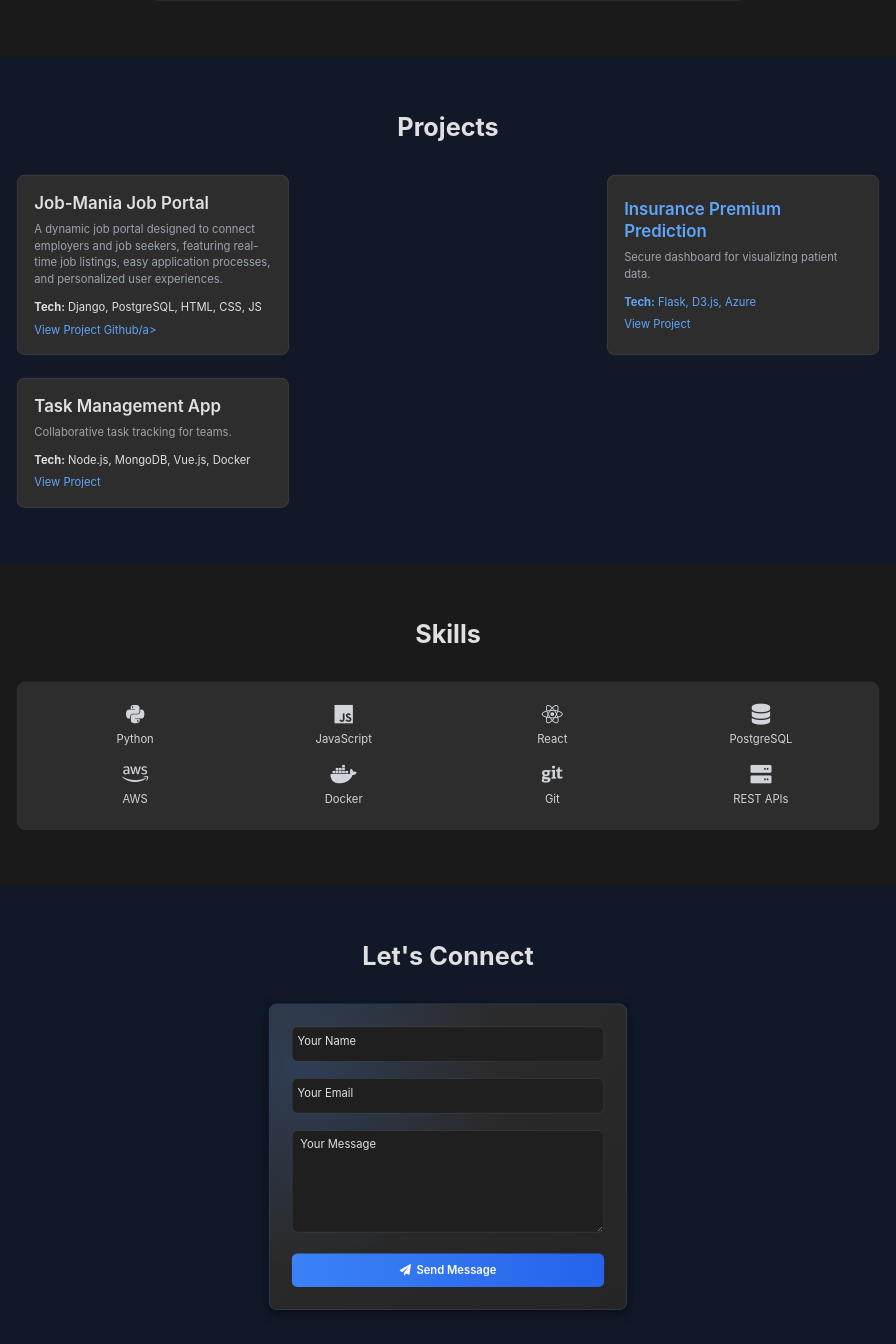
Repository: Sugaam0/Portfolio
Page: portfolio/home/templates/home/index.html
The author's editor kept a copy of each file at every save. The page is drawn from the files as they stood at one save, then again after the next save.
The browser window is 1280 px wide. The pictures show the part of the page from y = 1001 to 2921 px (the page is 3068 px tall before and 2882 px after), at 70% of full size.
The template is drawn by Django 5.2. The application's start-up code is not run. Other server files are loaded and not shown. The template is opened directly, without the code that normally fills it, so the values that code supplies are empty.

Above is the page before, as saved 2025-05-08 17:44:32.

### portfolio/home/templates/home/index.html
{% load static %}
<!DOCTYPE html>
<html lang="en">
<head>
  <meta charset="UTF-8" />
  <meta name="viewport" content="width=device-width, initial-scale=1.0"/>
  <title>| Sugam Acharya |</title>
  <link href="https://cdn.jsdelivr.net/npm/tailwindcss@2.2.19/dist/tailwind.min.css" rel="stylesheet"/>
  <link rel="stylesheet" href="https://cdnjs.cloudflare.com/ajax/libs/font-awesome/6.0.0-beta3/css/all.min.css"/>
  <link rel="stylesheet" href="{% static 'css/style.css' %}">
</head>
<body class="antialiased scroll-smooth">

{% include 	"home/navbar.html" %}
<!-- Hero Section -->
<section id="home" class="min-h-screen flex items-center justify-center pt-20">
  <div class="container mx-auto px-6 text-center">
    <h1 class="text-5xl font-bold mb-4">Aspiring Full-Stack Developer</h1>
    <p class="text-lg text-accent mb-4">
      <span id="typed-text" class="font-semibold">Building the web one line at a time.</span>
    </p>
    <p class="text-xl text-secondary mb-6">
      Eager to build innovative digital experiences and grow through hands-on projects and collaboration.
    </p>
    <p class="text-md text-secondary mb-8">
      Recently completed training in modern web technologies including Python, JavaScript, and Java.
    </p>
    <a href="#projects" class="btn-accent px-6 py-3 rounded-lg font-semibold">Explore My Work</a>
  </div>
</section>

<!-- About Section -->
<section id="about" class="py-20">
  <div class="container mx-auto px-6 max-w-4xl">
    <h2 class="text-4xl font-bold text-center mb-10">About Me</h2>
    <div class="section-bg p-8">
      <p class="text-lg leading-relaxed text-gray-300">
        Passionate coder focused on building efficient web solutions. Skilled in Python and Machine Learning, I'm eager to turn creative ideas into functional applications.
      </p>
    </div>
  </div>
</section>

<!-- Projects -->
<section id="projects" class="py-20 bg-gray-900">
  <div class="container mx-auto px-6">
    <h2 class="text-4xl font-bold text-center mb-12">Projects</h2>
    <div class="grid grid-cols-1 md:grid-cols-2 lg:grid-cols-3 gap-8">
      <!-- Project Cards -->
      <div class="project-card section-bg p-6">
        <h3 class="text-2xl font-semibold mb-2">Job-Mania Job Portal</h3>
        <p class="text-gray-400 mb-4">A dynamic job portal designed to connect employers and job seekers, featuring real-time job listings, easy application processes, and personalized user experiences.</p>
        <p><strong>Tech:</strong> Django, PostgreSQL, HTML, CSS, JS</p>
        <a href="#" class="text-blue-400 hover:underline mt-2 inline-block">View Project</a>
        <a href="" class="text-blue-400 hover:underline mt-2 inline-block">Github/a>
      </div>
      <div class="project-card section-bg p-6">
        <h3 class="text-2xl font-semibold mb-2">Insurance Premium Prediction</h3>
        <p class="text-gray-400 mb-4">Secure dashboard for visualizing patient data.</p>
        <p><strong>Tech:</strong> Flask, D3.js, Azure</p>
        <a href="#" class="text-blue-400 hover:underline mt-2 inline-block">View Project</a>
      </div>
      <div class="project-card section-bg p-6">
        <h3 class="text-2xl font-semibold mb-2">Task Management App</h3>
        <p class="text-gray-400 mb-4">Collaborative task tracking for teams.</p>
        <p><strong>Tech:</strong> Node.js, MongoDB, Vue.js, Docker</p>
        <a href="#" class="text-blue-400 hover:underline mt-2 inline-block">View Project</a>
      </div>
    </div>
  </div>
</section>

<!-- Skills -->
<section id="skills" class="py-20">
  <div class="container mx-auto px-6">
    <h2 class="text-4xl font-bold text-center mb-12">Skills</h2>
    <div class="section-bg p-8 grid grid-cols-2 md:grid-cols-4 gap-6 text-center text-gray-300">
      <div><i class="fab fa-python text-3xl mb-2 icon-hover"></i><p>Python</p></div>
      <div><i class="fab fa-js text-3xl mb-2 icon-hover"></i><p>JavaScript</p></div>
      <div><i class="fab fa-react text-3xl mb-2 icon-hover"></i><p>React</p></div>
      <div><i class="fas fa-database text-3xl mb-2 icon-hover"></i><p>PostgreSQL</p></div>
      <div><i class="fab fa-aws text-3xl mb-2 icon-hover"></i><p>AWS</p></div>
      <div><i class="fab fa-docker text-3xl mb-2 icon-hover"></i><p>Docker</p></div>
      <div><i class="fab fa-git text-3xl mb-2 icon-hover"></i><p>Git</p></div>
      <div><i class="fas fa-server text-3xl mb-2 icon-hover"></i><p>REST APIs</p></div>
    </div>
  </div>
</section>

<!-- Contact Section -->
<section id="contact" class="py-20 bg-gray-900">
  <div class="container mx-auto px-6">
    <h2 class="text-4xl font-bold text-center mb-12">Let's Connect</h2>
    <div class="contact-form p-8 max-w-lg mx-auto rounded-xl">
      <form action="{% url 'contact' %}" method="POST">
        {% csrf_token %}
        <div class="mb-6 relative">
          <input type="text" id="name" name="name" class="form-input w-full p-3 rounded-lg peer" placeholder=" " required>
          <label for="name" class="form-label absolute left-2 top-2 text-secondary">Your Name</label>
        </div>
        <div class="mb-6 relative">
          <input type="email" id="email" name="email" class="form-input w-full p-3 rounded-lg peer" placeholder=" " required>
          <label for="email" class="form-label absolute left-2 top-2 text-secondary">Your Email</label>
        </div>
        <div class="mb-6 relative">
          <textarea id="message" name="message" rows="5" class="form-input w-full p-3 rounded-lg peer" placeholder=" " required></textarea>
          <label for="message" class="form-label absolute left-3 top-2 text-secondary">Your Message</label>
        </div>
        <button type="submit" class="btn-accent w-full py-3 rounded-lg font-semibold flex items-center justify-center gap-2">
          <i class="fas fa-paper-plane"></i> Send Message
        </button>
      </form>
    </div>
  </div>
</section>

<!-- Footer -->
{% include "home/footer.html" %}
</body>
</html>

### portfolio/home/templates/home/navbar.html
<!-- Navbar -->
<nav class="navbar fixed top-0 w-full z-50">
    <div class="container mx-auto px-6 py-5 flex justify-between items-center">
      <a href="{% url 'index' %}" class="logo text-white">Sugam Acharya</a>
      <div class="space-x-6 text-sm font-medium">
        <a href="#about" class="nav-link">About</a>
        <a href="#projects" class="nav-link">Projects</a>
        <a href="#skills" class="nav-link">Skills</a>
        <a href="#contact" class="nav-link">Contact</a>
      </div>
    </div>
  </nav>

### portfolio/home/templates/home/footer.html
<footer class="bg-gray-800 py-6">
    <div class="container mx-auto px-6 text-center text-gray-400">
      <p>© 2025 Sugam Acharya. All rights reserved.</p>
      <div class="flex justify-center space-x-6 mt-4">
        <a href="https://github.com/Sugaam0" class="icon-hover" target="_blank"><i class="fab fa-github text-2xl"></i></a>
        <a href="https://www.linkedin.com/in/sugam-acharya-b1059a23b/" class="icon-hover" target="_blank"><i class="fab fa-linkedin text-2xl"></i></a>
        <a href="https://x.com/gaam_su" class="icon-hover" target="_blank"><i class="fab fa-twitter text-2xl"></i></a>
      </div>
    </div>
  </footer>

### portfolio/home/static/css/style.css
:root {
    --bg-primary: #1a1a1a;
    --bg-secondary: #2d2d2d;
    --text-primary: #e0e0e0;
    --text-secondary: #a0a0a0;
    --accent: #3b82f6;
    --accent-dark: #2563eb;
  }

  body {
    background-color: var(--bg-primary);
    color: var(--text-primary);
    font-family: 'Inter', sans-serif;
  }

  .navbar {
    background: linear-gradient(to bottom, var(--bg-secondary), rgba(45, 45, 45, 0.95));
    backdrop-filter: blur(8px);
    box-shadow: 0 2px 5px rgba(0, 0, 0, 0.3);
  }

  .nav-link {
    position: relative;
    padding-bottom: 0.25rem;
    transition: color 0.3s ease;
  }

  .nav-link::after {
    content: '';
    position: absolute;
    width: 0;
    height: 2px;
    bottom: 0;
    left: 0;
    background-color: var(--accent);
    transition: width 0.3s ease;
  }

  .nav-link:hover::after {
    width: 100%;
  }

  .nav-link:hover {
    color: var(--accent);
  }

  .logo {
    font-size: 1.75rem;
    font-weight: 800;
    letter-spacing: 0.05em;
    transition: transform 0.3s ease, color 0.3s ease;
  }

  .logo:hover {
    transform: scale(1.05);
    color: var(--accent);
  }

  .section-bg {
    background-color: var(--bg-secondary);
    border-radius: 0.75rem;
    transition: background-color 0.3s ease;
  }

  .section-bg:hover {
    background-color: #353535;
  }

  .btn-accent {
    background: linear-gradient(to right, var(--accent), var(--accent-dark));
    color: white;
    position: relative;
    overflow: hidden;
    transition: background 0.3s ease;
  }

  .btn-accent::before {
    content: '';
    position: absolute;
    top: 0;
    left: -100%;
    width: 100%;
    height: 100%;
    background: linear-gradient(90deg, transparent, rgba(255, 255, 255, 0.2), transparent);
    transition: 0.5s;
  }

  .btn-accent:hover::before {
    left: 100%;
  }

  .btn-accent:hover {
    background: linear-gradient(to right, var(--accent-dark), var(--accent));
  }

  .project-card {
    transition: transform 0.3s ease, box-shadow 0.3s ease, border-color 0.3s ease;
    border: 1px solid rgba(255, 255, 255, 0.1);
  }

  .project-card:hover {
    transform: translateY(-6px);
    box-shadow: 0 6px 25px rgba(0, 0, 0, 0.6);
    border-color: var(--accent);
  }

  .icon-hover {
    transition: transform 0.3s ease, color 0.3s ease;
  }

  .icon-hover:hover {
    transform: scale(1.2);
    color: var(--accent);
  }

  /* Enhanced Contact Form Styles */
      .contact-form {
          background: linear-gradient(145deg, var(--bg-secondary), #252525);
          border: 1px solid rgba(59, 130, 246, 0.3);
          box-shadow: 0 4px 15px rgba(0, 0, 0, 0.5);
          position: relative;
          overflow: hidden;
      }

      .contact-form::before {
          content: '';
          position: absolute;
          top: 0;
          left: 0;
          width: 100%;
          height: 100%;
          background: radial-gradient(circle at 10% 20%, rgba(59, 130, 246, 0.2) 0%, transparent 50%);
          pointer-events: none;
      }

      .form-input {
          background-color: #1f1f1f;
          border: 1px solid rgba(255, 255, 255, 0.1);
          transition: border-color 0.3s ease, box-shadow 0.3s ease;
      }

      .form-input:focus {
          border-color: var(--accent);
          box-shadow: 0 0 8px rgba(59, 130, 246, 0.3);
          outline: none;
      }

      .form-label {
          transition: color 0.3s ease;
      }

      .form-input:focus + .form-label,
      .form-input:not(:placeholder-shown) + .form-label {
          color: var(--accent);
          transform: translateY(-1.5rem);
          font-size: 0.8rem;
      }

      ::selection {
          background: var(--accent);
          color: white;
      }

After the next save:
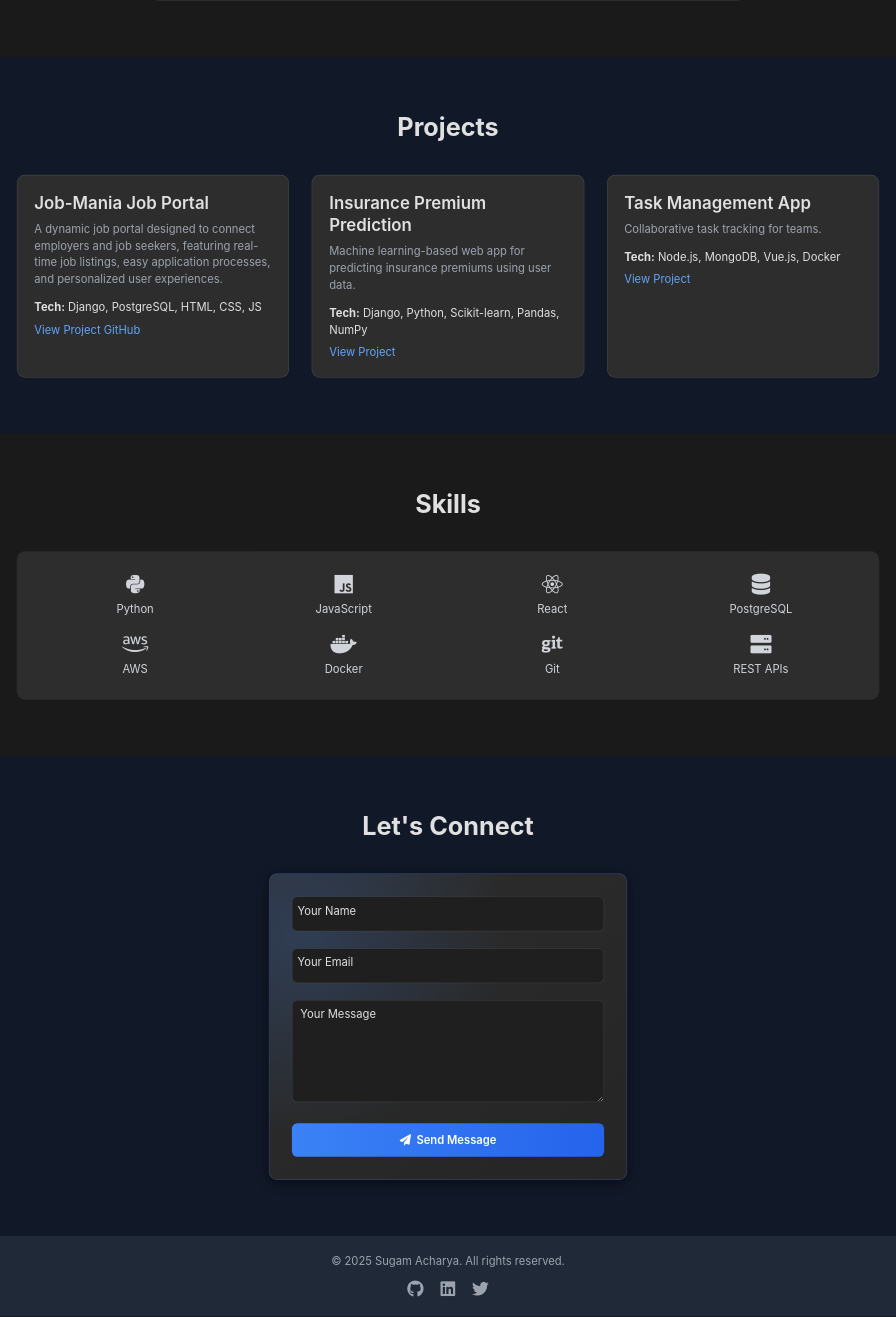
Saved 92 s later.
--- a/portfolio/home/templates/home/index.html
+++ b/portfolio/home/templates/home/index.html
@@ -43,32 +43,33 @@
 
 <!-- Projects -->
 <section id="projects" class="py-20 bg-gray-900">
-  <div class="container mx-auto px-6">
-    <h2 class="text-4xl font-bold text-center mb-12">Projects</h2>
-    <div class="grid grid-cols-1 md:grid-cols-2 lg:grid-cols-3 gap-8">
-      <!-- Project Cards -->
-      <div class="project-card section-bg p-6">
-        <h3 class="text-2xl font-semibold mb-2">Job-Mania Job Portal</h3>
-        <p class="text-gray-400 mb-4">A dynamic job portal designed to connect employers and job seekers, featuring real-time job listings, easy application processes, and personalized user experiences.</p>
-        <p><strong>Tech:</strong> Django, PostgreSQL, HTML, CSS, JS</p>
-        <a href="#" class="text-blue-400 hover:underline mt-2 inline-block">View Project</a>
-        <a href="" class="text-blue-400 hover:underline mt-2 inline-block">Github/a>
-      </div>
-      <div class="project-card section-bg p-6">
-        <h3 class="text-2xl font-semibold mb-2">Insurance Premium Prediction</h3>
-        <p class="text-gray-400 mb-4">Secure dashboard for visualizing patient data.</p>
-        <p><strong>Tech:</strong> Flask, D3.js, Azure</p>
-        <a href="#" class="text-blue-400 hover:underline mt-2 inline-block">View Project</a>
-      </div>
-      <div class="project-card section-bg p-6">
-        <h3 class="text-2xl font-semibold mb-2">Task Management App</h3>
-        <p class="text-gray-400 mb-4">Collaborative task tracking for teams.</p>
-        <p><strong>Tech:</strong> Node.js, MongoDB, Vue.js, Docker</p>
-        <a href="#" class="text-blue-400 hover:underline mt-2 inline-block">View Project</a>
+    <div class="container mx-auto px-6">
+      <h2 class="text-4xl font-bold text-center mb-12">Projects</h2>
+      <div class="grid grid-cols-1 sm:grid-cols-2 lg:grid-cols-3 gap-8">
+        <!-- Project Cards -->
+        <div class="project-card section-bg p-6">
+          <h3 class="text-2xl font-semibold mb-2">Job-Mania Job Portal</h3>
+          <p class="text-gray-400 mb-4">A dynamic job portal designed to connect employers and job seekers, featuring real-time job listings, easy application processes, and personalized user experiences.</p>
+          <p><strong>Tech:</strong> Django, PostgreSQL, HTML, CSS, JS</p>
+          <a href="#" class="text-blue-400 hover:underline mt-2 inline-block">View Project</a>
+          <a href="#" class="text-blue-400 hover:underline mt-2 inline-block">GitHub</a>
+        </div>
+        <div class="project-card section-bg p-6">
+          <h3 class="text-2xl font-semibold mb-2">Insurance Premium Prediction</h3>
+          <p class="text-gray-400 mb-4">Machine learning-based web app for predicting insurance premiums using user data.</p>
+          <p><strong>Tech:</strong> Django, Python, Scikit-learn, Pandas, NumPy</p>
+          <a href="#" class="text-blue-400 hover:underline mt-2 inline-block">View Project</a>
+        </div>
+        <div class="project-card section-bg p-6">
+          <h3 class="text-2xl font-semibold mb-2">Task Management App</h3>
+          <p class="text-gray-400 mb-4">Collaborative task tracking for teams.</p>
+          <p><strong>Tech:</strong> Node.js, MongoDB, Vue.js, Docker</p>
+          <a href="#" class="text-blue-400 hover:underline mt-2 inline-block">View Project</a>
+        </div>
       </div>
     </div>
-  </div>
-</section>
+  </section>
+
 
 <!-- Skills -->
 <section id="skills" class="py-20">
